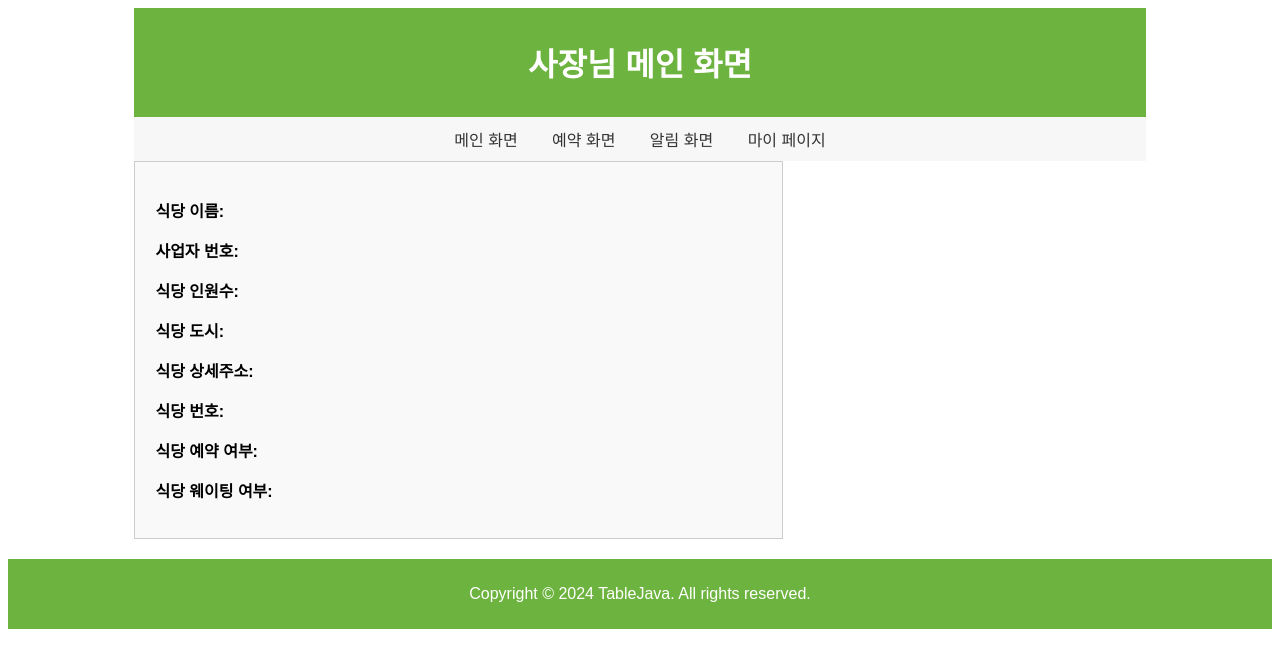
Repository: MeGuuuun/-_TableJava
Page: http://localhost/kimbanbagi/ownerMain.jsp
The author's editor kept a copy of each file at every save. The page is drawn from the files as they stood at one save, then again after the next save.
The browser window is 1280 px wide. The pictures show the whole page.
The page is served by Tomcat 10. Other server files are loaded and not shown. The template is opened directly, without the code that normally fills it, so the values that code supplies are empty.

Above is the page before, as saved 2024-06-07 01:37:56.

### tableJava/kimbanbagi/WebContent/ownerMain.jsp
<%@ page contentType="text/html; charset=UTF-8" pageEncoding="utf-8" language="java" %>
<%@ page import="dc.human.kimbanbagi.tableJava.dto.RestaurantDTO" %>
<%@ taglib prefix="c" uri="http://java.sun.com/jsp/jstl/core" %>
<!DOCTYPE html>
<html>
<head>
    <meta charset="UTF-8">
    <title>Restaurant Information</title>
    <style>
        body {
            font-family: Arial, sans-serif;
        }
        .container {
            width: 80%;
            margin: auto;
        }
        .header, .nav, .main, .footer {
            padding: 10px;
        }
        .header {
            background: #6DB33F;
            color: white;
            text-align: center;
        }
        .nav {
            background: #F7F7F7;
            text-align: center;
        }
        .nav a {
            margin: 0 15px;
            text-decoration: none;
            color: #333;
        }
        .main {
            display: flex;
            justify-content: space-around;
            margin-top: 20px;
        }
        .main img {
            max-width: 300px;
        }
        .info {
            border: 1px solid #ccc;
            padding: 20px;
            background: #F9F9F9;
            width: 60%;
        }
        .footer {
            background: #6DB33F;
            color: white;
            text-align: center;
            margin-top: 20px;
        }
        .edit-btn {
            display: inline-block;
            padding: 10px 20px;
            background: #6DB33F;
            color: white;
            text-decoration: none;
            border-radius: 5px;
        }
    </style>
</head>
<body>

    <div class="container">
        <div class="header">
            <h1>사장님 메인 화면</h1>


        </div>
        <div class="nav">
            <a href="#">메인 화면</a>
            <a href="#">예약 화면</a>
            <a href="#">알림 화면</a>
            <a href="#">마이 페이지</a>
        </div>
            <div class="info">
                <p><strong>식당 이름:</strong> ${restaurant.r_name}</p>
                <p><strong>사업자 번호:</strong> ${requestScope.restaurantId}</p>
                <p><strong>식당 인원수:</strong> ${restaurant.r_head}</p>
                <p><strong>식당 도시:</strong> ${restaurant.r_city}</p>
                <p><strong>식당 상세주소:</strong> ${restaurant.r_address}</p>
                <p><strong>식당 번호:</strong> ${restaurant.r_number}</p>
                <p><strong>식당 예약 여부:</strong> ${restaurant.r_status}</p>
                <p><strong>식당 웨이팅 여부:</strong> ${restaurant.w_status}</p>
            </div>

        </div>
        <div class="footer">
            <p>Copyright © 2024 TableJava. All rights reserved.</p>
        </div>
    </div>
</body>
</html>

After the next save:
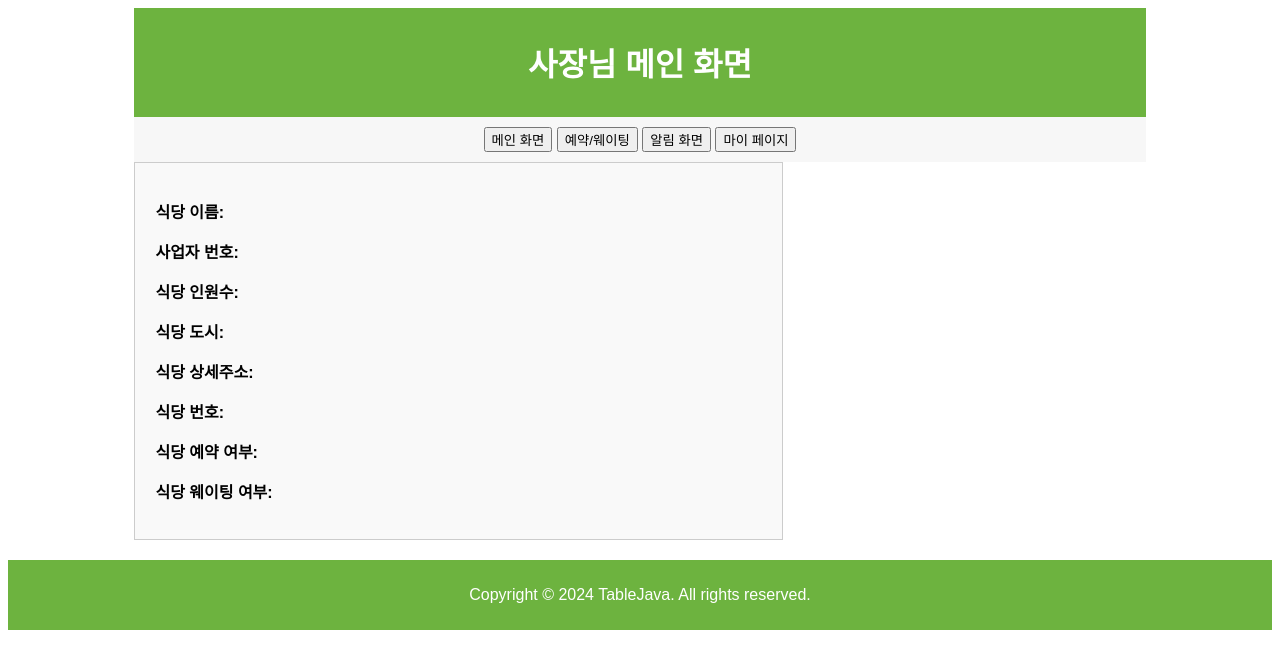
Saved 3 min 16 s later.
--- a/tableJava/kimbanbagi/WebContent/ownerMain.jsp
+++ b/tableJava/kimbanbagi/WebContent/ownerMain.jsp
@@ -67,13 +67,12 @@
         <div class="header">
             <h1>사장님 메인 화면</h1>
 
-
         </div>
         <div class="nav">
-            <a href="#">메인 화면</a>
-            <a href="#">예약 화면</a>
-            <a href="#">알림 화면</a>
-            <a href="#">마이 페이지</a>
+            <button onclick="location.reload()">메인 화면</button>
+            <button onclick="location.href='ownerBookList.jsp'">예약/웨이팅</button>
+            <button onclick="location.href='notification.jsp'">알림 화면</button>
+            <button onclick="location.href='myPage.jsp'">마이 페이지</button>
         </div>
             <div class="info">
                 <p><strong>식당 이름:</strong> ${restaurant.r_name}</p>
@@ -85,7 +84,6 @@
                 <p><strong>식당 예약 여부:</strong> ${restaurant.r_status}</p>
                 <p><strong>식당 웨이팅 여부:</strong> ${restaurant.w_status}</p>
             </div>
-
         </div>
         <div class="footer">
             <p>Copyright © 2024 TableJava. All rights reserved.</p>
